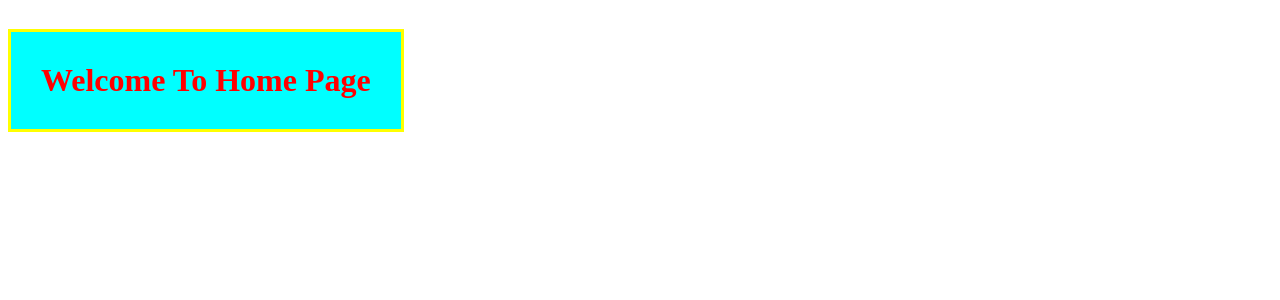
Repository: Raviteja6671/Django
Page: myProject/basic/templates/home.html
The author's editor kept a copy of each file at every save. The page is drawn from the files as they stood at one save, then again after the next save.
The browser window is 1280 px wide. The pictures show the whole page.

Above is the page before, as saved 2025-12-07 19:51:07.

### myProject/basic/templates/home.html
<!DOCTYPE html>
<html lang="en">
<head>
    <meta charset="UTF-8">
    <meta name="viewport" content="width=device-width, initial-scale=1.0">
    <title>Document</title>
    <style>
        h1{
            background-color: aqua;
            color: red;
            border: 3px solid yellow;
            display: inline-block;
            padding: 30px;
        }
    </style>

</head>
<body>
    <h1>Welcome To Home Page</h1>
</body>
</html>

After the next save:
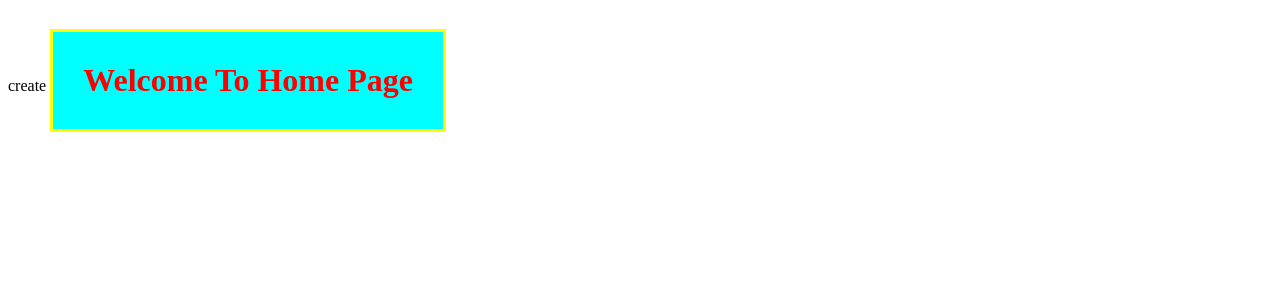
Saved 8 s later.
--- a/myProject/basic/templates/home.html
+++ b/myProject/basic/templates/home.html
@@ -13,7 +13,7 @@
             padding: 30px;
         }
     </style>
-
+    create
 </head>
 <body>
     <h1>Welcome To Home Page</h1>
